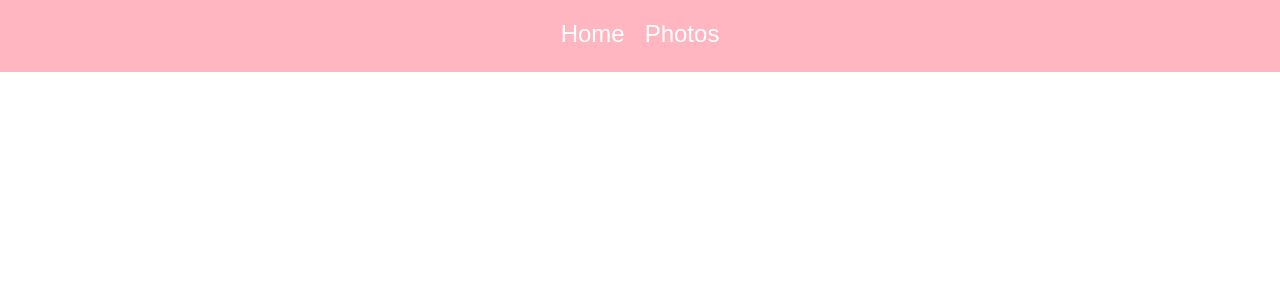
Repository: josephinel6/simple-editing
Page: navigation.html
An editor plug-in stored every save of this project. The page is shown before and after the next save, followed by the edit.
The browser window is 1280 px wide. The pictures show the whole page.

Above is the page before, as saved 2023-05-23 09:26:17.

After the next save:
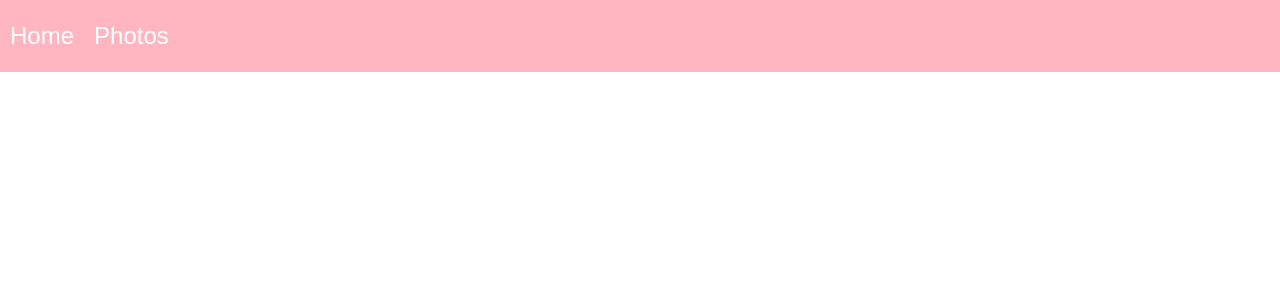
Saved 8 s later.
--- a/navigation.html
+++ b/navigation.html
@@ -14,7 +14,7 @@
 </head>
 
 <body style="margin: 0; padding: 0">
-    <div style="height: 10%; width: 100%; background-color: lightpink; justify-content: center; display: flex">
+    <div style="height: 10%; width: 100%; background-color: lightpink; align-items: center; display: flex">
         <h2 class="menutab"> Home </h2>
         <h2 class="menutab"> Photos </h2>
     </div>
